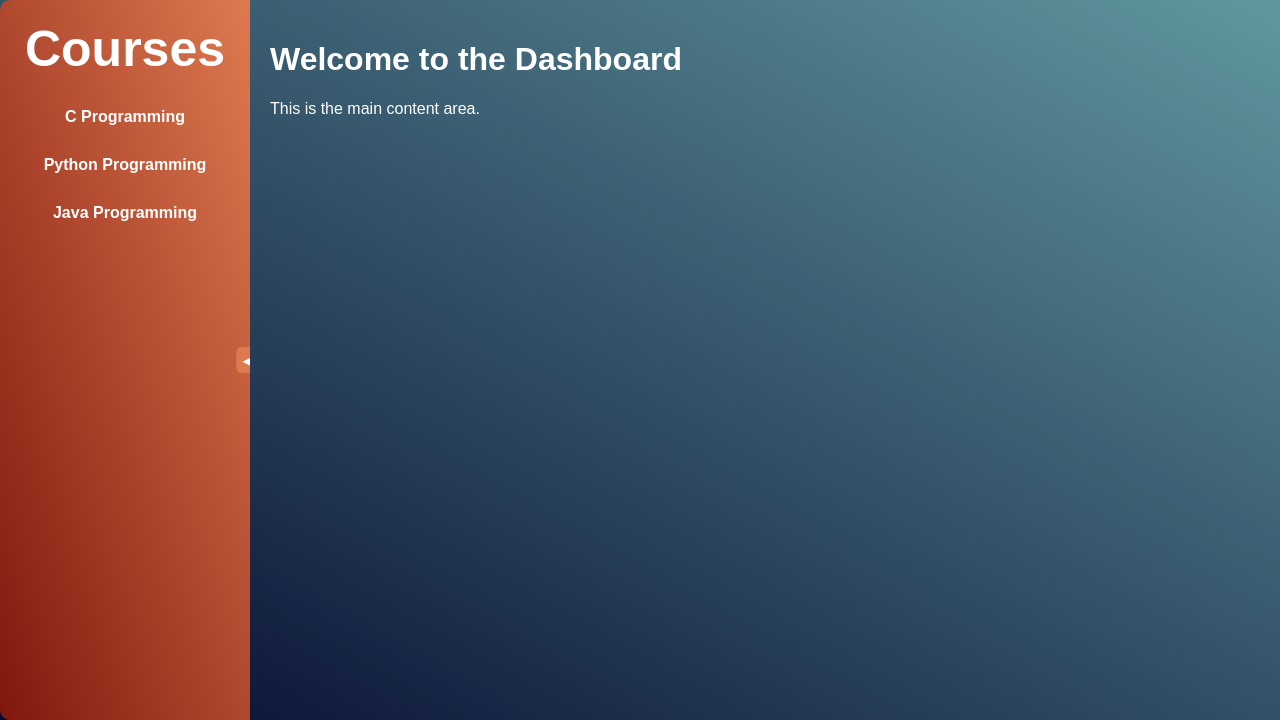
Repository: RishitSharma88/SeaGro
Page: templates/learningcourses.html
An editor plug-in stored every save of this project. The page is shown before and after the next save, followed by the edit.
The browser window is 1280 px wide. The pictures show the whole page.
The template is drawn by Flask 3. The application's start-up code is not run. Other server files are loaded and not shown. The template is opened directly, without the code that normally fills it, so the values that code supplies are empty.

Above is the page before, as saved 2024-12-27 14:25:48.

### templates/learningcourses.html
<!DOCTYPE html>
<html lang="en">
<head>
    <meta charset="UTF-8">
    <meta name="viewport" content="width=device-width, initial-scale=1.0">
    <title>Create New Password</title>
    <style>
        body {
            margin: 0;
            padding: 0;
            font-family: 'Arial', sans-serif;
            background: linear-gradient(to bottom left, #60979e, #050a30);
            color: #FFFFFF;
            display: flex;
            height: 100vh;
            overflow: hidden;
        }

        .sidebar {
            background: linear-gradient(to bottom left, #de7a50, #81170d);
            color: #ffff;
            width: 250px;
            height: 100%;
            border-radius: 10px 0 0 10px;
            overflow: auto;
            display: flex;
            flex-direction: column;
            align-items: center;
            position: fixed;
            transition: transform 0.3s ease;
        }

        .sidebar.collapsed {
            transform: translateX(-100%);
        }

        .h {
            font-size: 50px;
            font-weight: bold;
            text-align: center;
            margin: 20px 0;
        }

        .side-links {
            display: flex;
            flex-direction: column;
            gap: 10px;
            width: 100%;
            padding: 0 10px;
        }

        .side-links a {
            text-decoration: none;
            color: #fff;
            font-size: 1rem;
            font-weight: bold;
            padding: 10px;
            border-radius: 5px;
            text-align: center;
            transition: background-color 0.3s ease;
        }

        .side-links a:hover {
            background-color: rgba(255, 255, 255, 0.2);
        }

        .toggle-btn {
            position: absolute;
            top: 50%;
            left: 100%;
            transform: translate(-50%, -50%);
            background: #de7a50;
            color: #fff;
            border: none;
            border-radius: 5px;
            font-size: 20px;
            cursor: pointer;
            transition: transform 0.3s ease;
        }

        .toggle-btn.collapsed {
            left: 0;
            transform: translate(-50%, -50%) rotate(180deg);
        }

        .main-content {
            margin-left: 250px;
            flex: 1;
            padding: 20px;
            transition: margin-left 0.3s ease;
        }

        .sidebar.collapsed + .main-content {
            margin-left: 0;
        }
    </style>
</head>
<body>
    <div class="sidebar">
        <h1 class="h">Courses</h1>
        <div class="side-links">
            <a href="login.html">C Programming</a>
            <a href="login.html">Python Programming</a>
            <a href="login.html">Java Programming</a>
        </div>
        <button class="toggle-btn">&#9664;</button> <!-- Left arrow -->
    </div>
    <div class="main-content">
        <h1>Welcome to the Dashboard</h1>
        <p>This is the main content area.</p>
    </div>

    <script>
        const sidebar = document.querySelector('.sidebar');
        const toggleBtn = document.querySelector('.toggle-btn');

        toggleBtn.addEventListener('click', () => {
            sidebar.classList.toggle('collapsed');
            toggleBtn.classList.toggle('collapsed');

            // Change the arrow direction
            toggleBtn.innerHTML = sidebar.classList.contains('collapsed') ? '&#9654;' : '&#9664;';
        });
    </script>
</body>
</html>

After the next save:
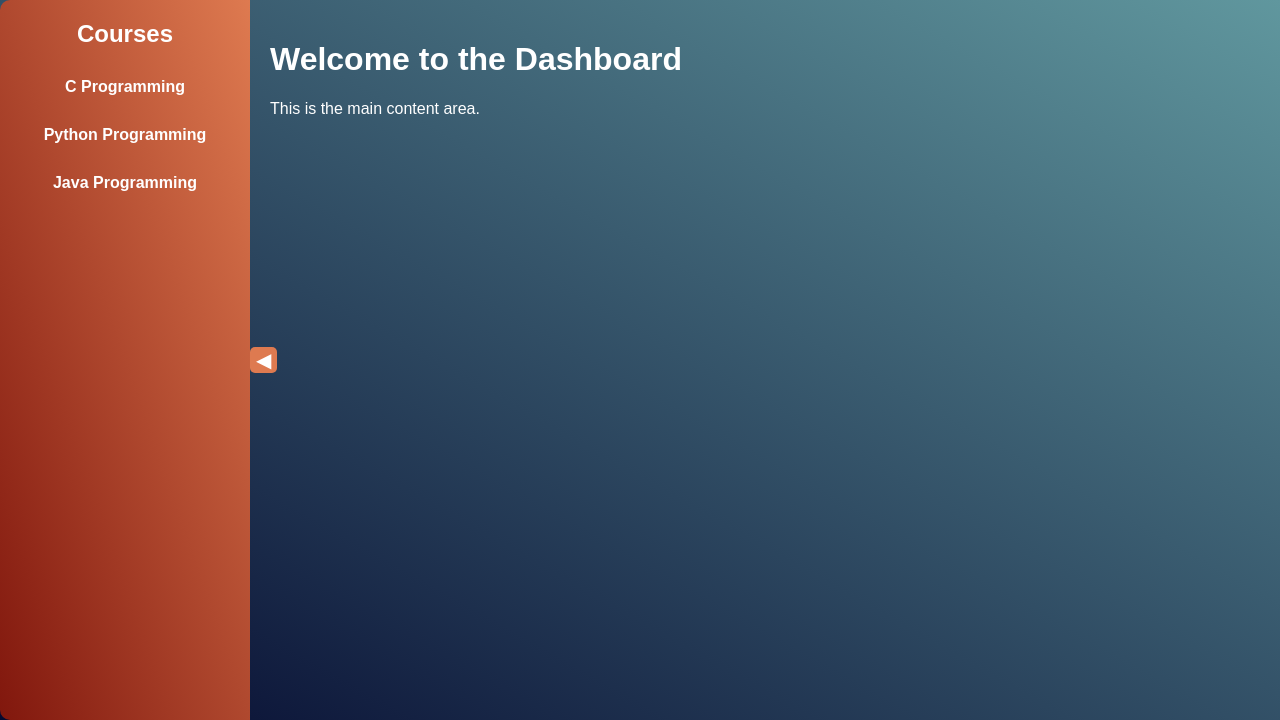
Saved 74 s later.
--- a/templates/learningcourses.html
+++ b/templates/learningcourses.html
@@ -27,15 +27,17 @@
             flex-direction: column;
             align-items: center;
             position: fixed;
+            left: 0;
+            top: 0;
             transition: transform 0.3s ease;
         }
 
         .sidebar.collapsed {
-            transform: translateX(-100%);
+            transform: translateX(-250px);
         }
 
         .h {
-            font-size: 50px;
+            font-size: 24px;
             font-weight: bold;
             text-align: center;
             margin: 20px 0;
@@ -65,22 +67,21 @@
         }
 
         .toggle-btn {
-            position: absolute;
+            position: fixed;
             top: 50%;
-            left: 100%;
-            transform: translate(-50%, -50%);
+            left: 250px; /* Start next to the sidebar */
+            transform: translateY(-50%);
             background: #de7a50;
             color: #fff;
             border: none;
             border-radius: 5px;
             font-size: 20px;
             cursor: pointer;
-            transition: transform 0.3s ease;
+            transition: left 0.3s ease;
         }
 
         .toggle-btn.collapsed {
-            left: 0;
-            transform: translate(-50%, -50%) rotate(180deg);
+            left: 0; /* Stick to the left edge when sidebar is collapsed */
         }
 
         .main-content {
@@ -103,8 +104,9 @@
             <a href="login.html">Python Programming</a>
             <a href="login.html">Java Programming</a>
         </div>
-        <button class="toggle-btn">&#9664;</button> <!-- Left arrow -->
     </div>
+    <button class="toggle-btn">&#9664;</button> <!-- Left arrow -->
+
     <div class="main-content">
         <h1>Welcome to the Dashboard</h1>
         <p>This is the main content area.</p>
